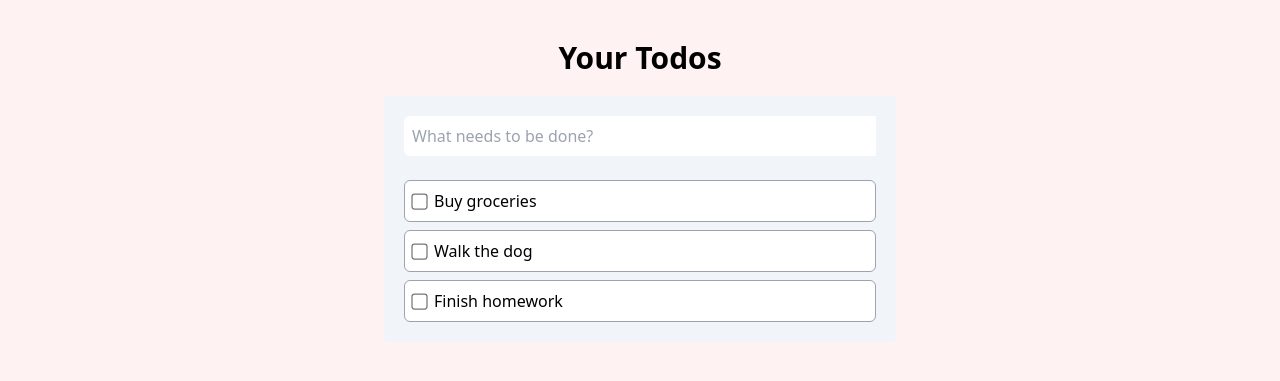
Repository: kocokoy/lodo-list-react-ts-tailwind
Page: /
These files come from the project's save history. The page is drawn as it stood at one moment and after the next save; the edit follows.
The browser window is 1280 px wide. The pictures show the whole page.
The project was rebuilt for these pictures with package versions that can differ from the ones it lists, and the page was loaded fresh each time. Also part of the build but not shown: vite.config.ts.

Above is the page before, as saved 2025-07-29 17:36:48.

### src/App.tsx
import { useState } from "react";
import  TodoItem  from "./components/TodoItem";
import { dummyData } from "./data/todos";
import AddTodoForm from "./components/AddTodoForm";

function App() {
const [todos, setTodos] = useState(dummyData);

  function setTodoCompleted(id: number, completed: boolean) {
    setTodos((prevTodos) => prevTodos.map(todo => (todo.id === id ? {...todo, completed} : todo)))
  }

  return (
   <main className="py-10 bg-red-50 h-screen space-y-5">
     <h1 className="font-bold text-3xl text-center">
      Your Todos
     </h1>
       <div className="max-w-lg mx-auto bg-slate-100 rounded p-5 space-y-6">
        <AddTodoForm />
        <div className="space-y-2">
          {todos.map(todo => (
            <TodoItem
            key={todo.id}
            todo={todo}
            onCompletedChange={setTodoCompleted} />
          ))}
        </div>
       </div>
    </main>
  )
}

export default App

### src/components/TodoItem.tsx
import type { Todo } from "../types/todo";

interface TodoItemProps {
  todo: Todo;
  onCompletedChange: (id: number, completed: boolean) => void;
}

export default function TodoItem({todo, onCompletedChange}: TodoItemProps){
  return(
    <div>
      <label className="flex items-center gap-2 border rounded-md p-2 border-gray-400 bg-white hover:bg-slate-50">
        <input
        type="checkbox"
        checked={todo.completed}
        onChange={(e) => onCompletedChange(todo.id, e.target.checked)}
        className="scale-125"
        />
        <span className={todo.completed ? "line-through text-gray-400" : ""}>
          {todo.title}
        </span>
      </label>
    </div>
  )
}

### src/data/todos.ts
import type { Todo } from '../types/todo'

export const dummyData: Todo[] = [
  {
    id: 1,
    title: "Buy groceries",
    completed: false
  },
  {
    id: 2,
    title: "Walk the dog",
    completed: false
  },
  {
    id: 3,
    title: "Finish homework",
    completed: false
  }
]

### src/components/AddTodoForm.tsx
export default function AddTodoForm() {
  return(
    <form className="flex">
      <input type="text"
        placeholder="What needs to be done?"
        className="rounded-s-md grow border-gray-400 p-2"
      />
    </form>
  )
}

Loaded but not shown: index.html (common file); src/main.tsx (common file); src/index.css (common file); tailwind.config.js (common file)

After the next save:
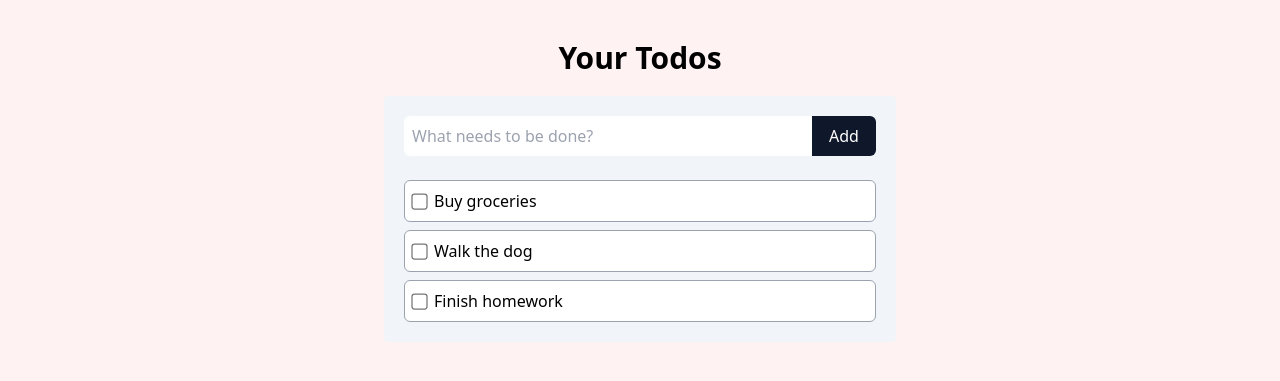
Saved 59 s later.
--- a/src/components/AddTodoForm.tsx
+++ b/src/components/AddTodoForm.tsx
@@ -5,6 +5,9 @@ export default function AddTodoForm() {
         placeholder="What needs to be done?"
         className="rounded-s-md grow border-gray-400 p-2"
       />
+      <button type="submit" className="w-16 rounded-e-md bg-slate-900 text-white hover:bg-slate-800">
+        Add
+      </button>
     </form>
   )
 }
